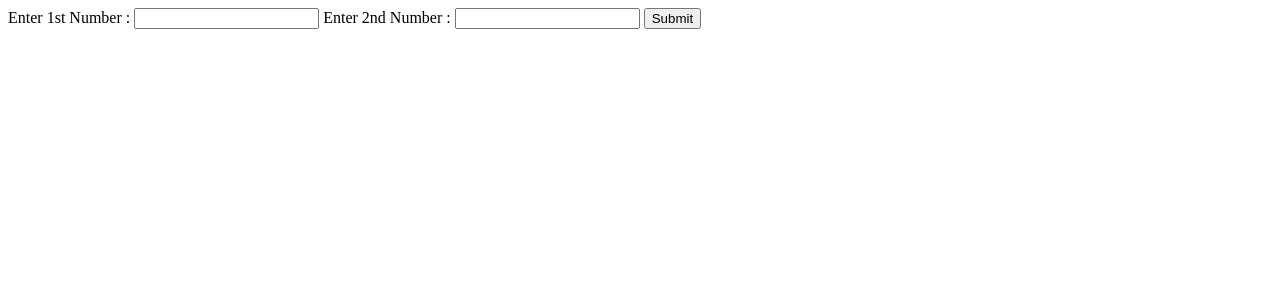
Repository: Attishgawali/JavaServletAndJSP
Page: DemoApp/src/main/webapp/index.html
These files come from the project's save history. The page is drawn as it stood at one moment and after the next save; the edit follows.
The browser window is 1280 px wide. The pictures show the whole page.

Above is the page before, as saved 2023-07-01 11:42:50.

After the next save:
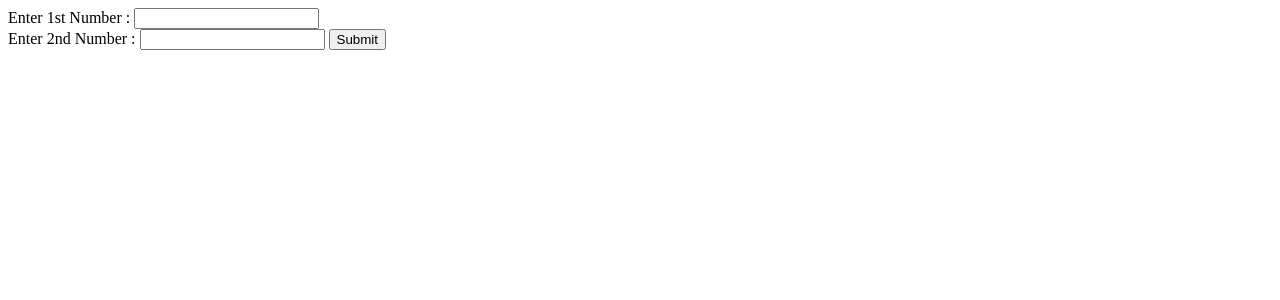
Saved 23 s later.
--- a/DemoApp/src/main/webapp/index.html
+++ b/DemoApp/src/main/webapp/index.html
@@ -6,7 +6,7 @@
 </head>
 <body>
 	<from action= "add">
-		Enter 1st Number : <input type="text" name="t1">
+		Enter 1st Number : <input type="text" name="t1"><br>
 		Enter 2nd Number : <input type="text" name="t2">
 		<input type="submit">
 	</from>
